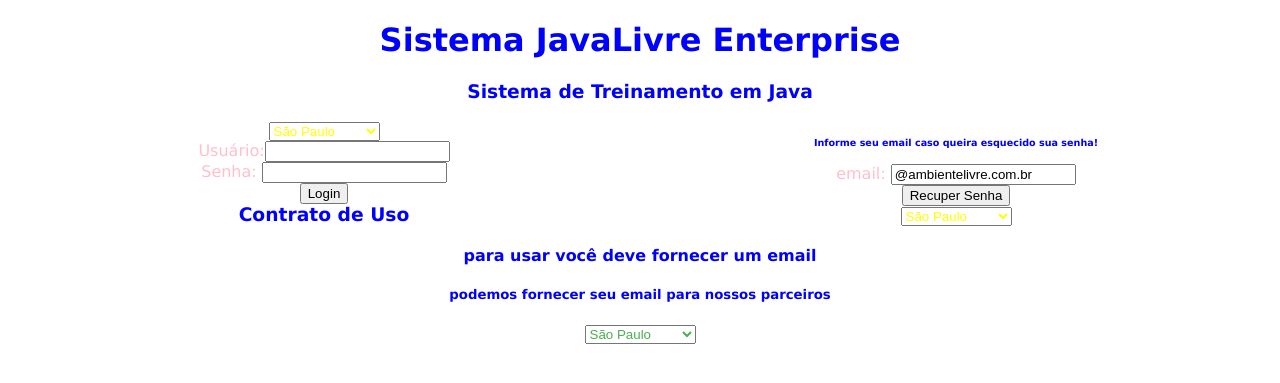
Repository: marciojv/treina-java
Page: workspace/JavaLivre/src/html/login.html
The author's editor kept a copy of each file at every save. The page is drawn from the files as they stood at one save, then again after the next save.
The browser window is 1280 px wide. The pictures show the whole page.

Above is the page before, as saved 2017-06-10 20:30:07.
Console error: TypeError: Cannot set properties of null (setting 'value')

### workspace/JavaLivre/src/html/login.html
<!DOCTYPE html>
<html>
<head>


<link rel="stylesheet" type="text/css" href="css/javalivre.css">
<script type="text/javascript" src="js/javalivre.js"></script>


<script>

  function ola(msg) {
  		alert(msg);
  }

</script>
<noscript>
Seu browser está com o JS desabilitado, nem todoas funcoes vao funcionar!
</noscript>

<style type="text/css">

div {
   color: blue;
   text-align: center;
}

h1 {
  text-align: center;
}

#h5recupera {
  font-size: 60%;
}

.contrato {
    text-align: center;
    color: blue;
}

</style>


<meta charset="UTF-8">
<title>Login</title>
</head>
<body onload="escreveMensagem()">
<div>

<h1>Sistema JavaLivre Enterprise</h1>
<h3>Sistema de Treinamento em Java</h3>

<div id="divlogin" style="color:green" >
<form id="form1" action="login.html">

<select id="estadologin" name="estado" onBlur="ola('Este e um ola por parametro');ola2()" >
  <option value="PR">Paraná</option>
  <option value="SC">Santa Catarina</option>
  <option selected value="SP">São Paulo</option>
</select></br>

Usuário:<input id="usuariologin" type="text" name="login"><br>
Senha:  <input id="senha" type="text" name="senha"><br>
        <input type="submit" value="Login" onclick="mostraEstadoUsuario();validaSenha()"><br>

</form>
</div>


<div id="divrecupera">
<h5 id="h5recupera" >Informe seu email caso queira esquecido sua senha!</h5>
<form id="form2" action="login.html">
email: <input id="emailrecupera" type="email" name="email" value="@ambientelivre.com.br"><br>
       <input id="botaorecuperasenha" type="submit" value="Recuper Senha"><br>

<select id="estadorecupera" name="estadorecupera" >
  <option value="PR">Paraná</option>
  <option value="SC">Santa Catarina</option>
  <option selected value="SP">São Paulo</option>
</select>

</form>
</div>

<h3 class="contrato" >Contrato de Uso</h3>
<h4 class="contrato" >para usar você deve fornecer um email</h4>
<h5 class="contrato" >podemos fornecer seu email para nossos parceiros</h5>

<select id="estadocontrato" name="estadocontrato" >
  <option value="PR">Paraná</option>
  <option value="SC">Santa Catarina</option>
  <option selected value="SP">São Paulo</option>
</select>

<div>
</body>




</html>

### workspace/JavaLivre/src/html/css/javalivre.css
@CHARSET "UTF-8";

body {
  color: red;
  font-family: verdana;
}


form,select,body {
    color: pink;
}

div form select {
	color: yellow;
}

/*
select {
  display: none;
}
*/

#divlogin {
	width:50%;
	float: left;
}

#divrecupera {
	width:50%;
	float: right;
}

:focus {
	color: blue;
}

/*
select:enabled {
	color: yellow;
	font-size: 100%;
}
*/

select {
	color: #4CAF50;
}

/*
select {
    color: pink;
}
*/


/* Adiciona o Css a todos elementos */
/*
* {
	color: pink;
}
*/

### workspace/JavaLivre/src/html/js/javalivre.js
/**
 *
 */

function ola2() {
	alert("Este e o Ola2");
}

function escreveMensagem() {
	//document.open();
	//document.writeln("<title>Teste</title><body>OLA</body>");
	//document.close();
}

function mostraEstadoUsuario() {
   //var estado = document.getElementById("form1").estadologin.value;
   var estado = document.getElementById("estadologin").value;
   var usuario = document.getElementsByName("login")[0].value;
   var msg = "Seu estado é: " + estado  + ", obrigado " + usuario;
  // alert(msg);

   var email = usuario + "@ambientelivre.com.br";
   document.getElementById("emailrecupera").value = email;
   document.getElementById("botaorecuperasenha").value = "Gere aqui sua senha " + usuario ;
   document.getElementById("estadorecupera").style.color = "red";
   document.getElementById("estadocontrato").style = "display:none";

}


function validaSenha() {
	var usuario = document.getElementById("usuariologin").value;
	var senha   = document.getElementById("senha").value;

	if (( usuario == "admin") && ( senha == "sejalivre")) {
		alert("Login Ok!")
	}
	else {
		alert("senha errada!")
	}
}

function getQueryVariable(variable) {
    var query = window.location.search.substring(1);
    var vars = query.split("&");
    for (var i=0;i<vars.length;i++) {
      var pair = vars[i].split("=");
      if (pair[0] == variable) {
        return pair[1];
      }
    }
    alert('Query Variable ' + variable + ' not found');
  }

var login = getQueryVariable("login");
document.getElementById("usuariologin").value = login;

After the next save:
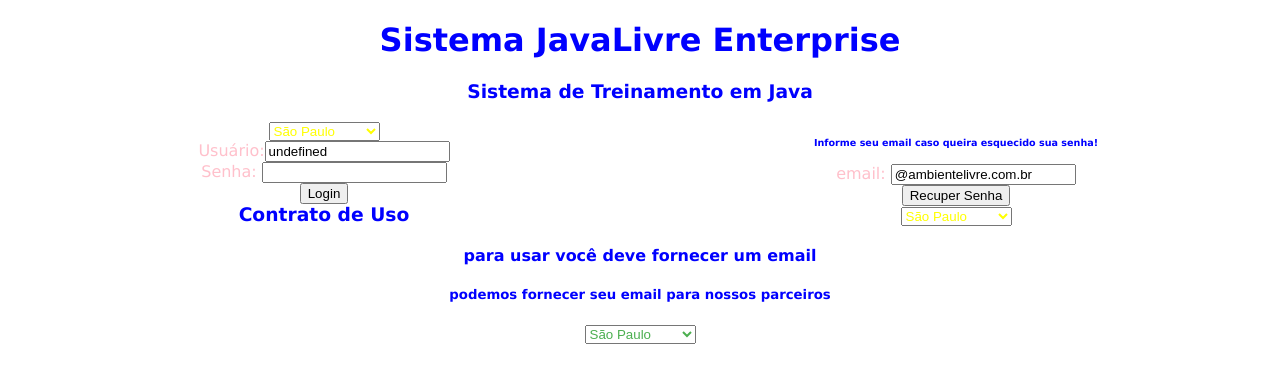
Saved 61 s later.
--- a/workspace/JavaLivre/src/html/login.html
+++ b/workspace/JavaLivre/src/html/login.html
@@ -93,6 +93,10 @@ email: <input id="emailrecupera" type="email" name="email" value="@ambientelivre
 </select>
 
 <div>
+<script>
+var login = getQueryVariable("login");
+document.getElementById("usuariologin").value = login;
+</script>
 </body>
 
 
